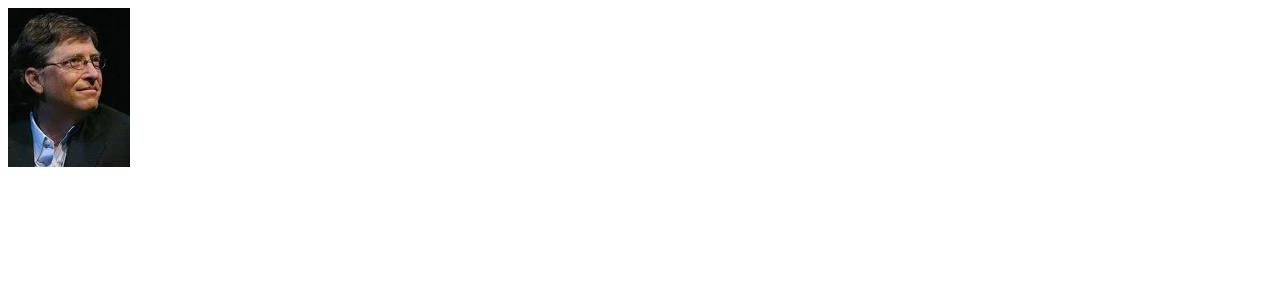
Repository: lixinso/html5
Page: workspace/CSS3/WebContent/layout/layout_box_layout.html
An editor plug-in stored every save of this project. The page is shown before and after the next save, followed by the edit.
The browser window is 1280 px wide. The pictures show the whole page.

Above is the page before, as saved 2011-05-28 16:04:49.

After the next save:
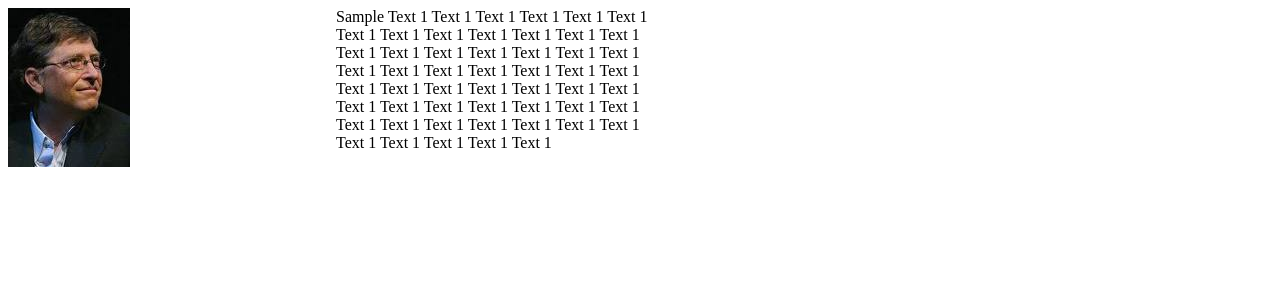
Saved 22 s later.
--- a/workspace/CSS3/WebContent/layout/layout_box_layout.html
+++ b/workspace/CSS3/WebContent/layout/layout_box_layout.html
@@ -19,7 +19,10 @@
 <body>
 	<div id="div1">
 		<img src="../images/bill2.jpg"/>
-		<p></p>
+		<p>Sample Text 1 Text 1 Text 1 Text 1 Text 1 Text 1 Text 1 Text 1 Text 1 Text 1 Text 1 Text 1 Text 1
+		 Text 1 Text 1 Text 1 Text 1 Text 1 Text 1 Text 1 Text 1 Text 1 Text 1 Text 1 Text 1 Text 1 Text 1
+		  Text 1 Text 1 Text 1 Text 1 Text 1 Text 1 Text 1 Text 1 Text 1 Text 1 Text 1 Text 1 Text 1 Text 1
+		   Text 1 Text 1 Text 1 Text 1 Text 1 Text 1 Text 1 Text 1 Text 1 Text 1 Text 1 Text 1</p>
 	</div>
 </body>
 </html>
